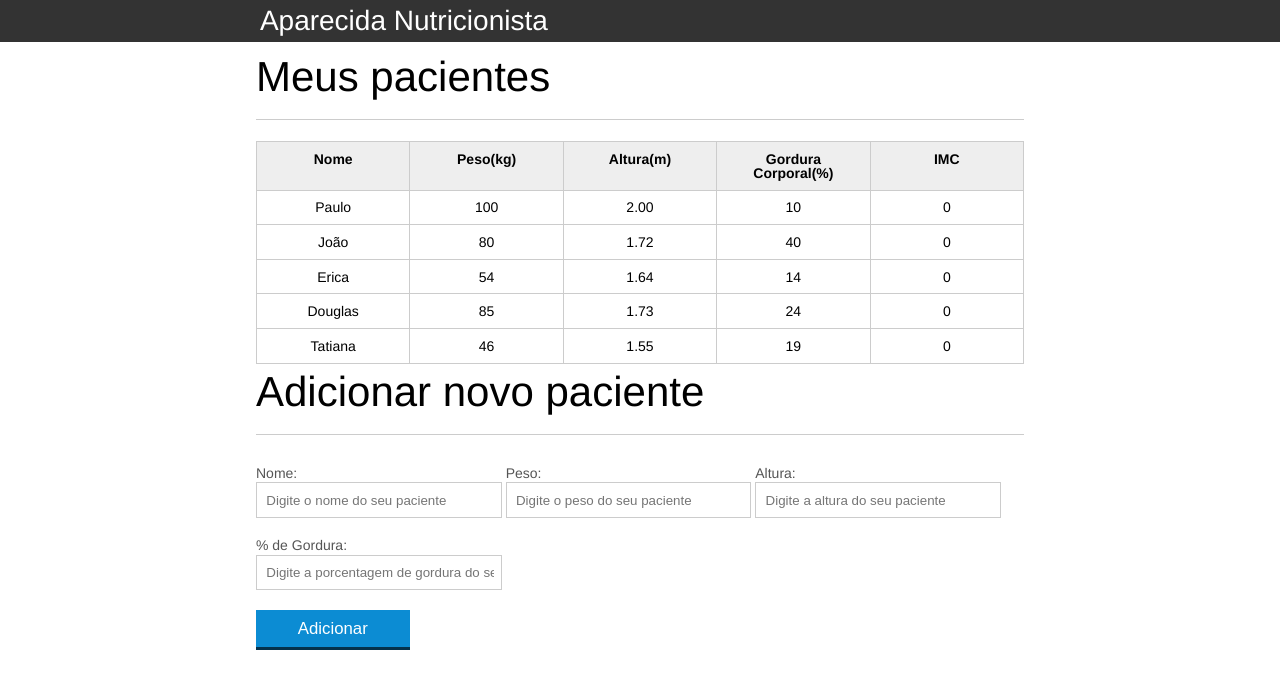
Repository: GabbLps/Controle-de-Clientes-Alura
Page: index.html
An editor plug-in stored every save of this project. The page is shown before and after the next save, followed by the edit.
The browser window is 1280 px wide. The pictures show the whole page.

Above is the page before, as saved 2022-05-10 17:14:54.

### index.html
<!DOCTYPE html>
<html lang="pt-br">
	<head>
		<meta charset="UTF-8">
		<title>Aparecida Nutrição</title>
		<link rel="icon" href="favicon.ico" type="image/x-icon">
		<link rel="stylesheet" type="text/css" href="css/reset.css">
		<link rel="stylesheet" type="text/css" href="css/index.css">

	</head>
	<body>

		<header>
			<div class="container">
				<h1 class="titulo">Aparecida Nutrição</h1>
			</div>
		</header>
		<main>
			<section class="container">
				<h2>Meus pacientes</h2>
				<table>
					<thead>
						<tr>
							<th>Nome</th>
							<th>Peso(kg)</th>
							<th>Altura(m)</th>
							<th>Gordura Corporal(%)</th>
							<th>IMC</th>
						</tr>
					</thead>
					<tbody id="tabela-pacientes">
						<tr class="paciente" id="primeiro-paciente" >
							<td class="info-nome">Paulo</td>
							<td class="info-peso">100</td>
							<td class="info-altura">2.00</td>
							<td class="info-gordura">10</td>
							<td class="info-imc">0</td>
						</tr>

						<tr class="paciente" >
							<td class="info-nome">João</td>
							<td class="info-peso">80</td>
							<td class="info-altura">1.72</td>
							<td class="info-gordura">40</td>
							<td class="info-imc">0</td>
						</tr>

						<tr class="paciente" >
							<td class="info-nome">Erica</td>
							<td class="info-peso">54</td>
							<td class="info-altura">1.64</td>
							<td class="info-gordura">14</td>
							<td class="info-imc">0</td>
						</tr>

						<tr class="paciente">
							<td class="info-nome">Douglas</td>
							<td class="info-peso">85</td>
							<td class="info-altura">1.73</td>
							<td class="info-gordura">24</td>
							<td class="info-imc">0</td>
						</tr>
						<tr class="paciente" >
							<td class="info-nome">Tatiana</td>
							<td class="info-peso">46</td>
							<td class="info-altura">1.55</td>
							<td class="info-gordura">19</td>
							<td class="info-imc">0</td>
						</tr>
					</tbody>
				</table>

			</section>
		</main>

		<section class="container">
			<h2 id="titulo-form">Adicionar novo paciente</h2>
			<form id="form-adiciona">
				<div class="grupo">
					<label for="nome">Nome:</label>
					<input id="nome" name="nome" type="text" placeholder="Digite o nome do seu paciente" class="campo">
				</div>
				<div class="grupo">
					<label for="peso">Peso:</label>
					<input id="peso" name="peso" type="text" placeholder="Digite o peso do seu paciente" class="campo campo-medio">
				</div>
				<div class="grupo">
					<label for="altura">Altura:</label>
					<input id="altura" name="altura" type="text" placeholder="Digite a altura do seu paciente" class="campo campo-medio">
				</div>
				<div class="grupo">
					<label for="gordura">% de Gordura:</label>
					<input id="gordura" type="text" placeholder="Digite a porcentagem de gordura do seu paciente" class="campo campo-medio">
				</div>

				<button id="adicionar-paciente" class="botao bto-principal">Adicionar</button>
			</form>
		</section>

		<script src="js/calcula-imc.js"></script>
		<script src="js/form.js"></script>
	</body>
</html>

### css/index.css
*{
	box-sizing: border-box;
 }

body{
	font-family: "Helvetica Neue", "Helvetica", Helvetica, Arial, sans-serif;
	font-size: 14px;
}

header{
	background-color: #333;
	height: 3em;
	color: #FFF;
	margin-bottom: 1em;
}

header h1{
	font-size: 2em;
	display:inline-block;
	vertical-align:	middle;
}
header h2{
	font-size: 2em;
	display:inline-block;
	vertical-align:	middle;
}

header .container:before{
	content: '';
	display:inline-block;
	height: 100%;
	vertical-align:	middle;
}

.container{
	width: 60%;
	height: 100%;
	margin: 0 auto;
}

section{
	margin: 2em 0;
	overflow: hidden;
}

section h2{
	font-size: 3em;
	display: block;
	padding-bottom: .5em;
	border-bottom: 1px solid #ccc;
	margin-bottom: .5em;
}

table{
	width: 100%;
	margin-bottom : .5em;
    table-layout: fixed;

}

td, th {
	padding: .7em;
	margin: 0;
	border: 1px solid #ccc;
	text-align: center;
}

th{
	font-weight: bold;
	background-color: #EEE;
}

label{
	color: #555;
	display: block;
	margin-bottom: .2em;
}

.campo{
	margin: 0;
	padding-bottom: 1em;
	width: 100%;
	border: 1px solid #ccc;
	padding: .7em;
	width: 100%;
}

.campo-medio{
	display: inline-block;
	padding-right: .5em;
}

.grupo{
	width: 32%;
	display: inline-block;
	padding: 10px 0px;
}

button{
	padding: .5em 2em;
	border: 0;
	border-bottom: 3px solid;
	font-size: 1.2em;
	cursor: pointer;
	margin: 0;
	margin-top: -3px;
	color: #fff;
	background-color:#0c8cd3;
	border-color: #04324c;
	width: 20%;
    display: block;
    clear: both;
    margin: 10px 0px;

}

button:active{
	margin-top:0px;
	border: 0;
}

button[disabled=disabled], button:disabled {
    background-color: gray;
	border-color: darkgray;

}

.adicionar-paciente{
    margin-top: 30px;
}

.campo-invalido{
	border: 1px solid red;
}

#mensagem-erro{
	color:red;
}

.paciente-invalido {
	background-color: lightcoral;
}

### js/calcula-imc.js
var titulo = document.querySelector(".titulo");
titulo.textContent = "Aparecida Nutricionista";

var pacientes = document.querySelectorAll(".paciente");

for(var i = 0;i < pacientes.length; i++) {

    var paciente = pacientes[i];

    var tdPeso = paciente.querySelector(".info-peso");
    var peso = tdPeso.textContent;

    var tdAltura = paciente.querySelector(".info-altura");
    var altura = tdAltura.textContent;

    var tdImc = paciente.querySelector(".info-imc");

    var pesoEhValido = validaPeso(peso); //true ou false
    var alturaEhValida = true;

    if(peso <= 0 || peso >= 1000) {
        console.log("Peso inválido!")
        pesoEhValido = false;
        tdImc.textContent = "Peso inválido!"
        paciente.classList.add("paciente-invalido");
    }

    if(altura <= 0 || altura >= 3) {
        console.log("Altura inválida!")
        pesoEhValido = false;
        tdImc.textContent = "Altura inválida!";
        paciente.classList.add("paciente-invalido");
    }

    if(!pesoEhValido && alturaEhValida) {
        var imc = calculaImc(peso,altura);
        tdImc.textContent = imc;
    }
}

function validaPeso(peso) {
    if(peso >= 0 && peso < 1000) {
        return true;
    }else{
        return false;
    }
}

function calculaImc(peso,altura) {
    var imc = 0;

    imc = peso / (altura*altura);

    return imc.toFixed(2);
}

### js/form.js
var botaoAdicionar = document.querySelector("#adicionar-paciente");
botaoAdicionar.addEventListener("click", function(event) {
    event.preventDefault();

    var form = document.querySelector("#form-adiciona");
    var paciente = obtemPacienteDoFormulario(form);

    var pacienteTr = montaTr(paciente);

    //  Adicionando paciente na tabela
    var tabela = document.querySelector("#tabela-pacientes");

    tabela.appendChild(pacienteTr);
    form.reset();
});

function obtemPacienteDoFormulario(form) {

    var paciente = {
        nome: form.nome.value,
        peso: form.peso.value,
        altura: form.altura.value,
        gordura: form.gordura.value,
        imc: calculaImc(form.peso.value, form.altura.value)
    }
    return paciente;
}

function montaTr(paciente){
    var pacienteTr = document.createElement("tr");  // Cria uma tr
    pacienteTr.classList.add("paciente");

    pacienteTr.appendChild(montaTd(paciente.nome, "info-nome"));   // Adiciona nomeTd dentro da Tr
    pacienteTr.appendChild(montaTd(paciente.peso, "info-peso"));
    pacienteTr.appendChild(montaTd(paciente.altura, "info-altura"));
    pacienteTr.appendChild(montaTd(paciente.gordura, "info-gordura"));
    pacienteTr.appendChild(montaTd(paciente.imc, "info-imc"));

    return pacienteTr;
}

function montaTd(dado,classe) {
    var td = document.createElement("td");  // Cria uma  td
    td.textContent = dado;   //  Adiciona um valor para essa td
    td.classList.add(classe); // Adiciona a classe no Td
    return td;
}

Loaded but not shown: css/reset.css (common file)

After the next save:
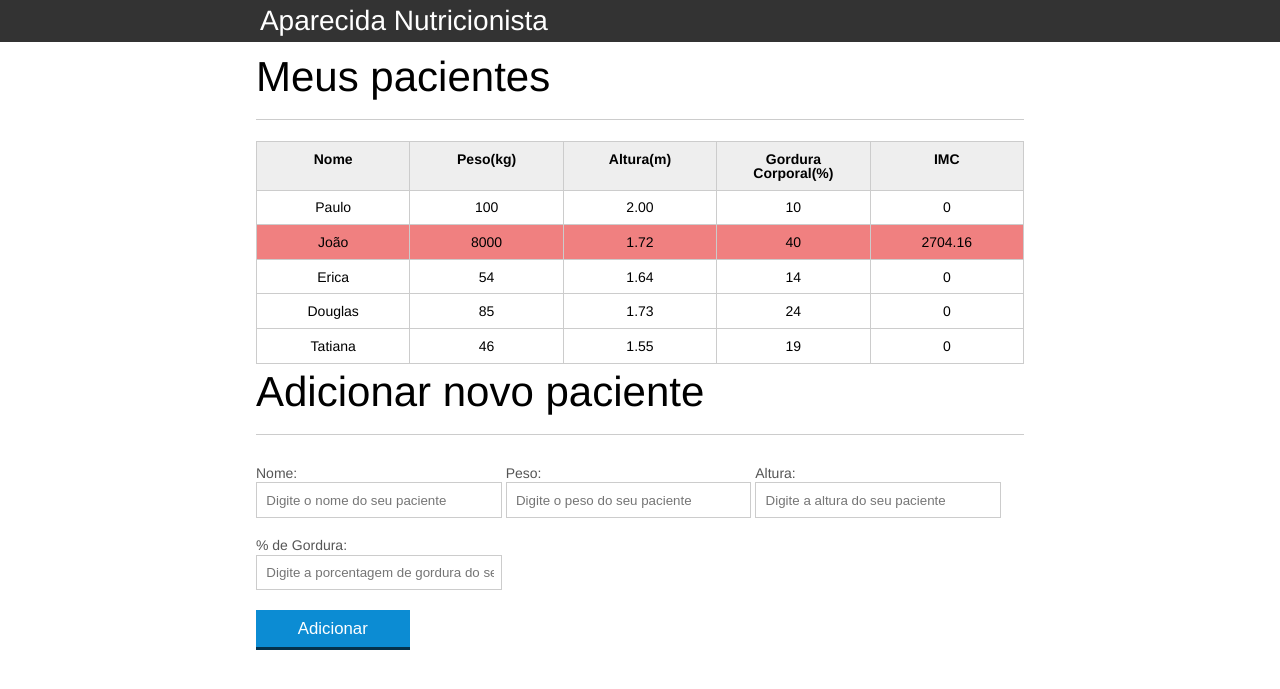
Saved 37 s later.
--- a/index.html
+++ b/index.html
@@ -39,7 +39,7 @@
 
 						<tr class="paciente" >
 							<td class="info-nome">João</td>
-							<td class="info-peso">80</td>
+							<td class="info-peso">8000</td>
 							<td class="info-altura">1.72</td>
 							<td class="info-gordura">40</td>
 							<td class="info-imc">0</td>
